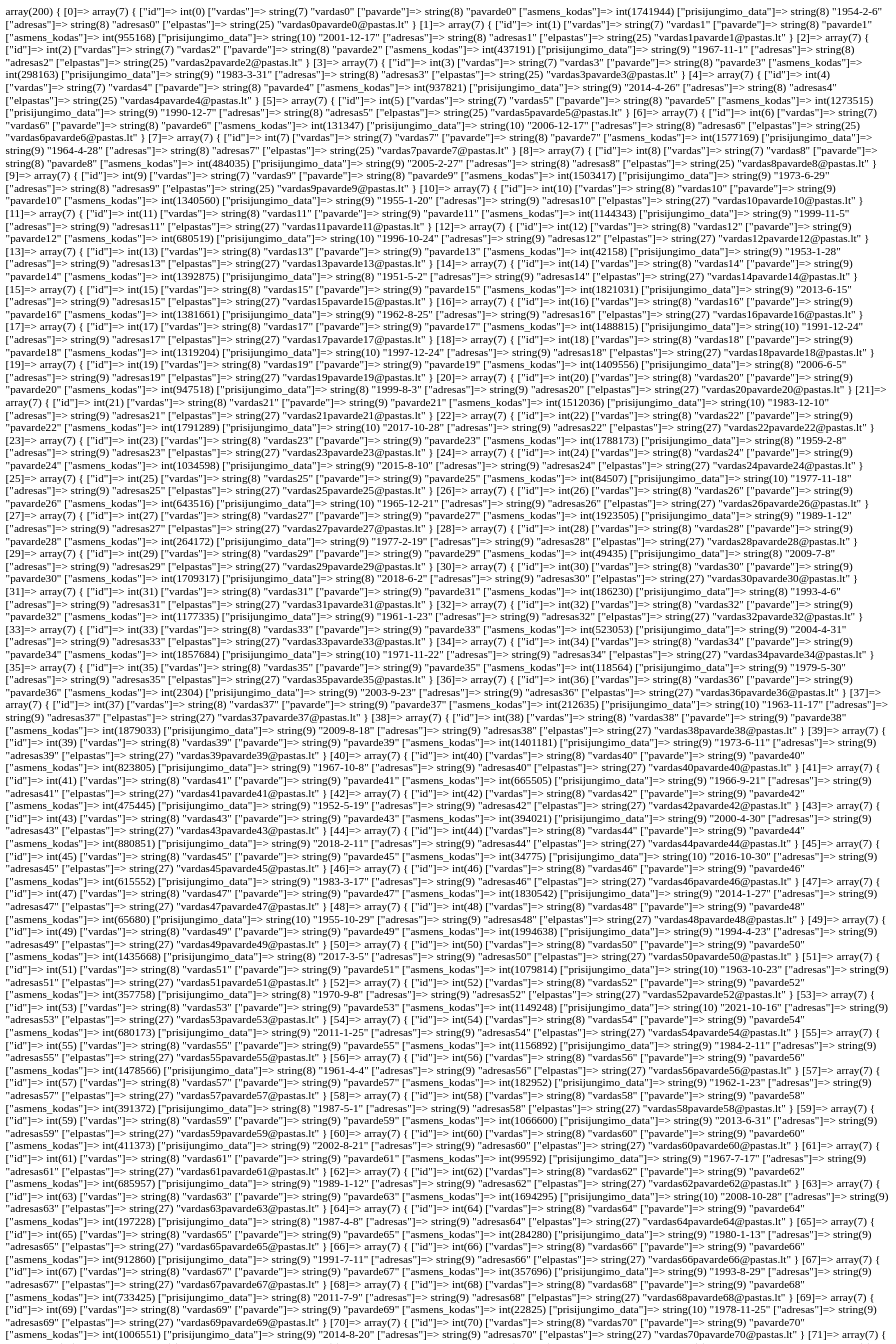
Repository: motiejus1/09-paskaita-PHP-05.31
Page: http://localhost/index.php
An editor plug-in stored every save of this project. The page is shown before and after the next save, followed by the edit.
The browser window is 1280 px wide. The pictures show the part of the page from y = 0 to 1920 px (the page is 5560 px tall before and 5416 px after), at 70% of full size.
The page is run by PHP 8.4 with error messages shown; the project is at /var/www/html/.

Above is the page before, as saved 2021-08-02 18:33:04.

After the next save:
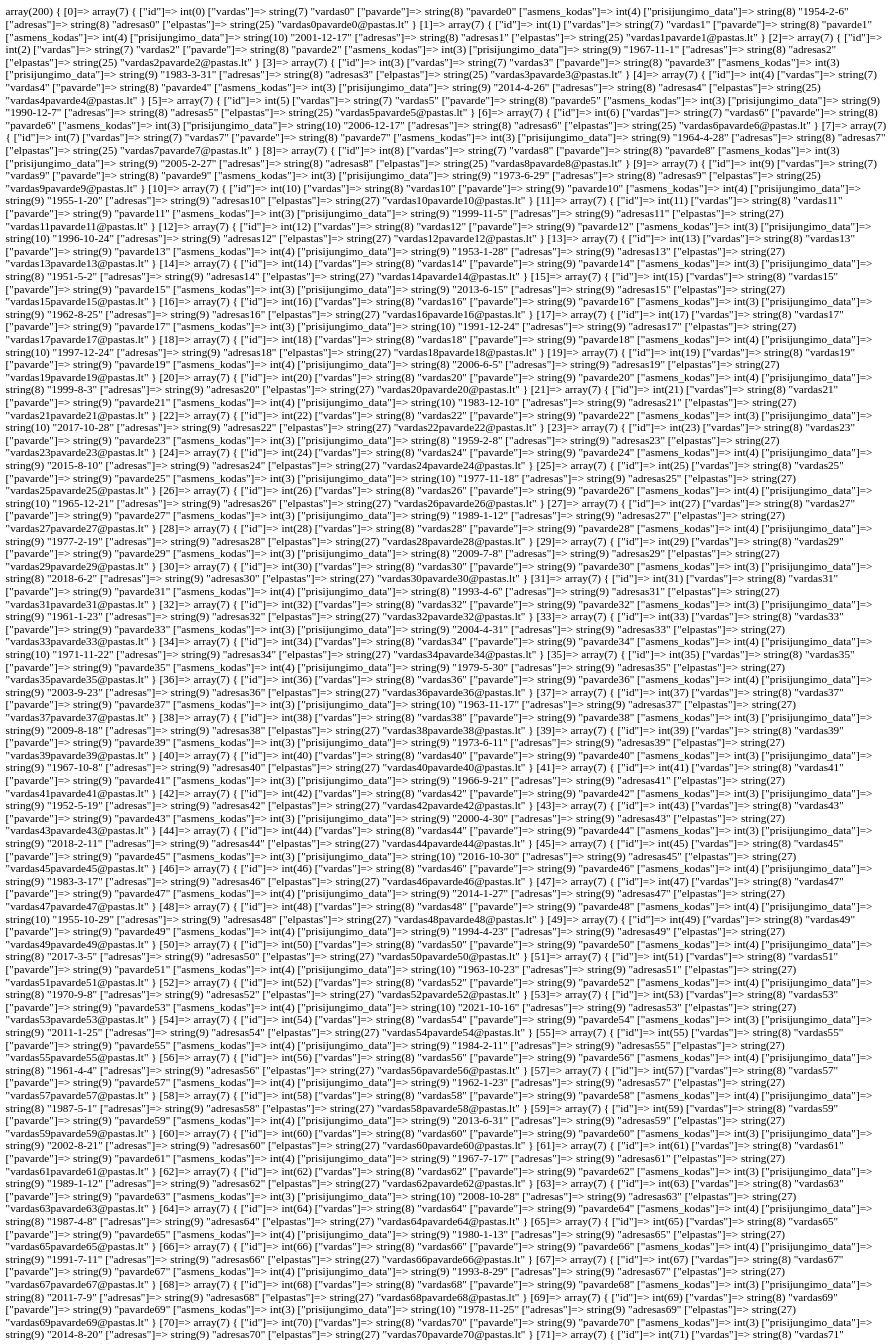
Saved 4 s later.
--- a/index.php
+++ b/index.php
@@ -34,7 +34,7 @@ for($i=0; $i< 200; $i++){
         "id" => $i,
         "vardas" => "vardas".$i,
         "pavarde" => "pavarde".$i,
-        "asmens_kodas" => rand(3, 2000000), //38512300000
+        "asmens_kodas" => rand(3, 4), //38512300000
 
         //atsitiktiniu budu sugeneruota data
         "prisijungimo_data" => rand(1950, 2021)."-".rand(1,12)."-".rand(1,31),
